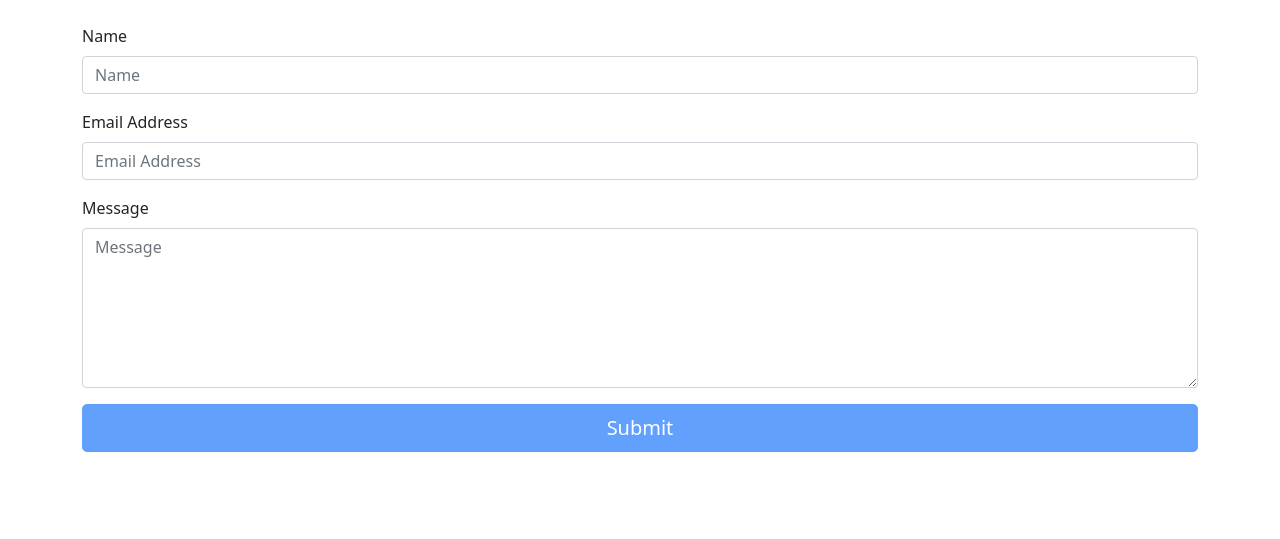
Repository: ahamie71/myfolio
Page: http://localhost/contact.php
An editor plug-in stored every save of this project. The page is shown before and after a run of saves, followed by the edit.
The browser window is 1280 px wide. The pictures show the whole page.
The page is run by PHP 8.4 with error messages shown; the project is at /var/www/html/.

Above is the page before, as saved 2023-01-11 15:28:26.

After the next 2 saves:
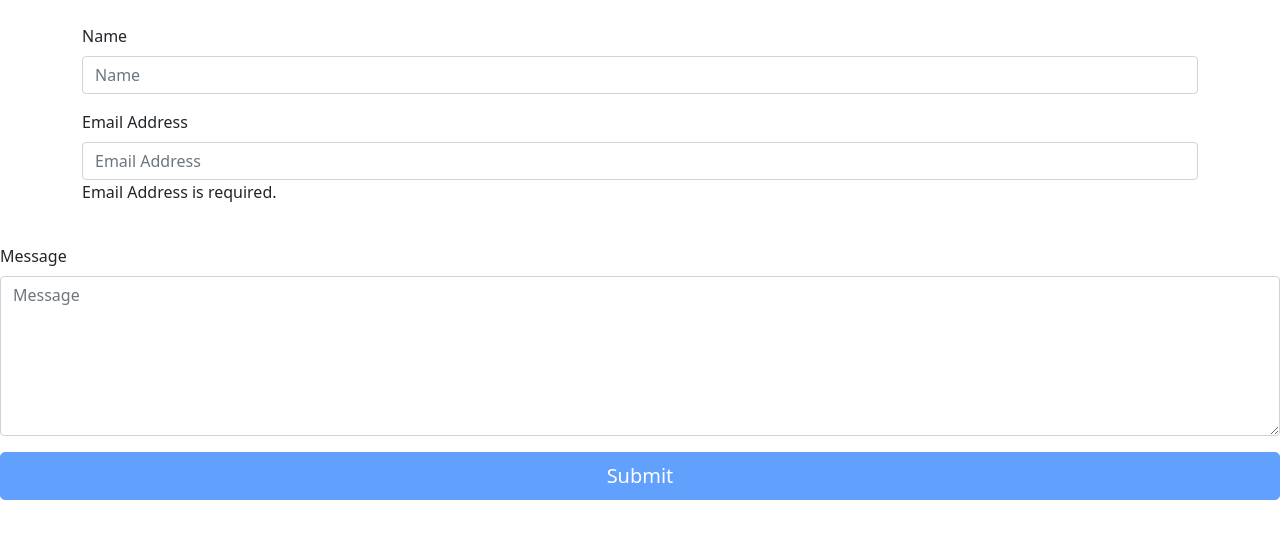
The 2 saves are shown as one change because they came seconds apart.
The last was saved 10 s later.
--- a/contact.php
+++ b/contact.php
@@ -47,7 +47,7 @@
   <!-- Email address input -->
   <div class="mb-3">
     <label class="form-label" for="emailAddress">Email Address</label>
-    <input class="form-control" id="emailAddress" type="email" placeholder="Email Address" data-sb-validations="required, email" />
+    <input class="form-control" id="emailAddress" type="email" placeholder="Email Address" data-sb-validations="required, email" name=" />
     <div class="invalid-feedback" data-sb-feedback="emailAddress:required">Email Address is required.</div>
     <div class="invalid-feedback" data-sb-feedback="emailAddress:email">Email Address Email is not valid.</div>
   </div>

After the save that followed:
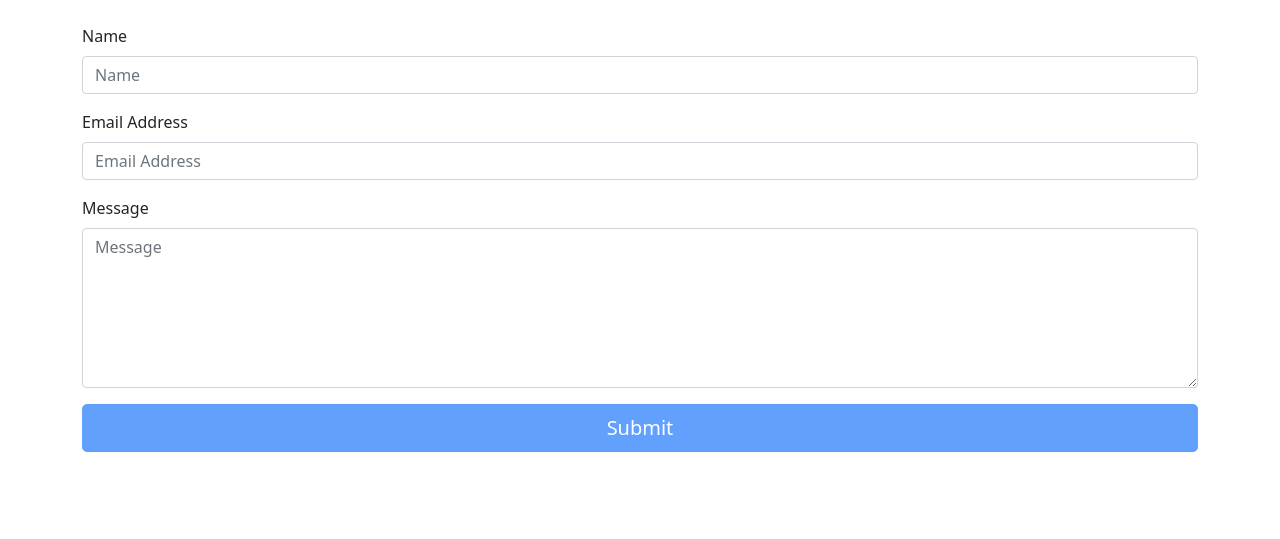
Saved 4 s later.
--- a/contact.php
+++ b/contact.php
@@ -47,7 +47,7 @@
   <!-- Email address input -->
   <div class="mb-3">
     <label class="form-label" for="emailAddress">Email Address</label>
-    <input class="form-control" id="emailAddress" type="email" placeholder="Email Address" data-sb-validations="required, email" name=" />
+    <input class="form-control" id="emailAddress" type="email" placeholder="Email Address" data-sb-validations="required, email" name="email" />
     <div class="invalid-feedback" data-sb-feedback="emailAddress:required">Email Address is required.</div>
     <div class="invalid-feedback" data-sb-feedback="emailAddress:email">Email Address Email is not valid.</div>
   </div>
